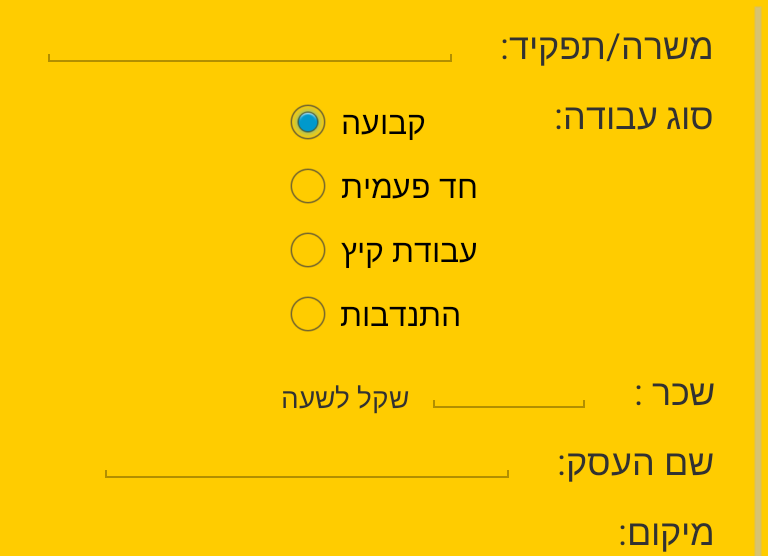
Repository: rodi055/jobli
Layout: Jobli/res/layout/fragment_create_job.xml
An editor plug-in stored every save of this project. The layout is shown before and after the next save, followed by the edit.
The pictures show rows 0 to 556 of an output 1280 px tall.
Pictures or frames that could not be fetched are drawn as grey boxes. It is drawn on a 768 x 1280 px phone screen (xhdpi) without system bars, with theme AppTheme; the app's code is not run. The app's manifest (not shown) leaves right-to-left support off. So textAlignment, textDirection and layoutDirection are ignored, and left and right values win over start and end ones.

Above is the layout before, as saved 2015-01-03 14:57:24.

After the next save:
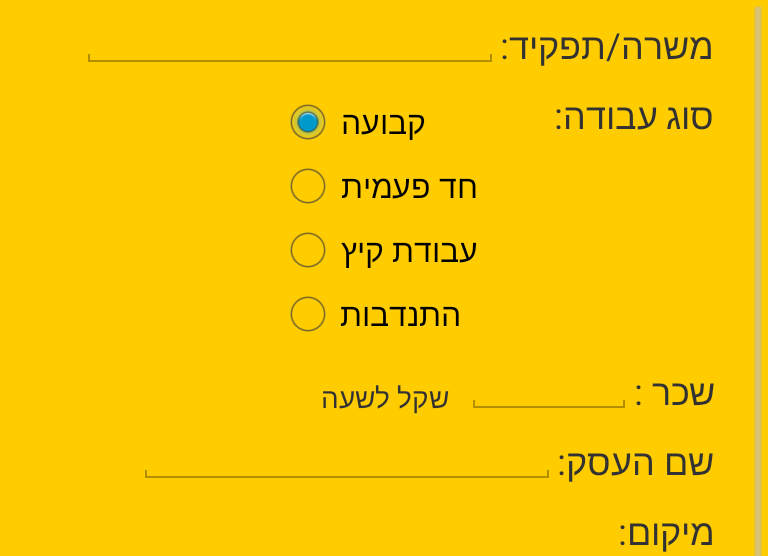
Saved 63 s later.
--- a/Jobli/res/layout/fragment_create_job.xml
+++ b/Jobli/res/layout/fragment_create_job.xml
@@ -41,8 +41,6 @@
                     android:layout_width="wrap_content"
                     android:layout_height="wrap_content"
                     android:layout_alignBottom="@+id/textView1"
-                    android:layout_marginEnd="20dp"
-                    android:layout_marginRight="20dp"
                     android:layout_toLeftOf="@+id/textView1"
                     android:layout_toStartOf="@+id/textView1"
                     android:ems="10"
@@ -125,8 +123,6 @@
                     android:layout_width="wrap_content"
                     android:layout_height="wrap_content"
                     android:layout_alignBottom="@+id/textView8"
-                    android:layout_marginEnd="20dp"
-                    android:layout_marginRight="20dp"
                     android:layout_toLeftOf="@+id/textView8"
                     android:ems="4"
                     android:inputType="numberDecimal"
@@ -165,8 +161,6 @@
                     android:layout_width="wrap_content"
                     android:layout_height="wrap_content"
                     android:layout_alignBottom="@+id/textView3"
-                    android:layout_marginEnd="20dp"
-                    android:layout_marginRight="20dp"
                     android:layout_toLeftOf="@+id/textView3"
                     android:ems="10"
                     android:maxLines="1"
@@ -250,8 +244,6 @@
                     android:layout_width="wrap_content"
                     android:layout_height="wrap_content"
                     android:layout_alignBottom="@+id/textView6"
-                    android:layout_marginEnd="20dp"
-                    android:layout_marginRight="20dp"
                     android:layout_toLeftOf="@+id/textView6"
                     android:layout_toStartOf="@+id/textView6"
                     android:ems="10"
@@ -283,8 +275,6 @@
                     android:layout_width="wrap_content"
                     android:layout_height="wrap_content"
                     android:layout_alignBottom="@+id/textView7"
-                    android:layout_marginEnd="20dp"
-                    android:layout_marginRight="20dp"
                     android:layout_toLeftOf="@+id/textView7"
                     android:layout_toStartOf="@+id/textView7"
                     android:ems="10"
@@ -429,8 +419,6 @@
                     android:layout_width="wrap_content"
                     android:layout_height="wrap_content"
                     android:layout_alignBottom="@+id/textView11"
-                    android:layout_marginEnd="20dp"
-                    android:layout_marginRight="20dp"
                     android:layout_toLeftOf="@+id/textView11"
                     android:layout_toStartOf="@+id/textView11"
                     android:ems="10"
